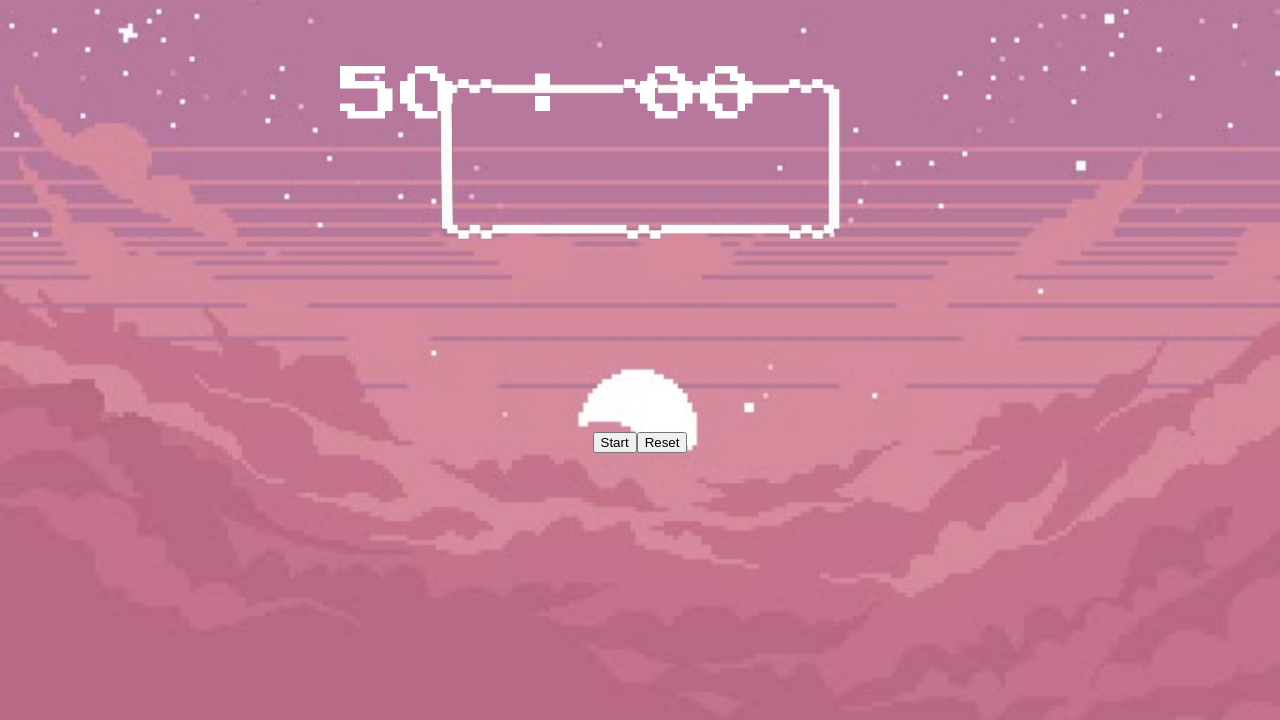
Repository: niharikapatil2306/Study-Timer
Page: index.html
An editor plug-in stored every save of this project. The page is shown before and after a run of saves, followed by the edit.
The browser window is 1280 px wide. The pictures show the whole page.

Above is the page before, as saved 2025-02-15 17:42:49.

### index.html
<!DOCTYPE html>
<html lang="en">
<head>
    <meta charset="UTF-8">
    <meta name="viewport" content="width=device-width, initial-scale=1.0">
    <title>Study Timer</title>
    <link href="https://fonts.googleapis.com/css2?family=Press+Start+2P&display=swap" rel="stylesheet">
    <link rel="stylesheet" href="style.css" />
</head>
<body style="background-color: black;">
    <div class="container">
        <div class="timer">
            <div class="box">
                <span id="min">
                    50
                </span>
                :
                <span id="sec">
                    00
                </span>
            </div>
        </div>
        <div class="button_container">
            <button id="start">
                Start
            </button>
            <button id="reset">
                Reset
            </button>
        </div>
    </div>
    <script src="./clock.js"></script>
</body>
</html>

### style.css
body {
    margin: 0;
    padding: 0;
    background: url("./img/bg.jpeg") no-repeat center center fixed;
    background-size: cover;
}

.container{
    height: 100vh;
}

.box{
    width: 600px;   /* same as your border image width */
    height: 300px;  /* same as your border image height */
    background: url('./img/border1.png') no-repeat center center;
    background-size: 600px 400px;
}

.timer{
    font-family: 'Press Start 2P', monospace;
    height: 60vh;
    font-size: 60px;
    font-weight: 400;
    color: white;
    display: flex;
    align-items: center;
    justify-content: center;
}

.button_container{
    display: flex;
    align-items: center;
    justify-content: center;
}

/* .timer {

    font-size: 50px;
    color: ivory;
    text-rendering: optimizeSpeed;
}

.box{
    width: max-content ;
    border: 1px solid white;
}

span{
    padding: 4px;
    margin: 8px;
}

.container{
    text-align: center;
    width: 100vw;
    height: 100vh;
    display: flex;
    position: relative; */
    /* flex-direction: column;
    justify-content: center;

} */

### clock.js
let timer;
let timeLeft = 50*60 // 50 minutes
const min = document.getElementById("min");
const sec = document.getElementById("sec");
const startBtn = document.getElementById("start");
const resetBtn = document.getElementById("reset");

function updateDisplay(){
    let minutes = Math.floor(timeLeft/60);
    let seconds = timeLeft%60;
    min.textContent = minutes.toString().padStart(2, "0");
    sec.textContent = seconds.toString().padStart(2, "0");
}

startBtn.addEventListener("click", () => {
    if(!timer){
        timer = setInterval(() => {
            if(timeLeft>0){
                timeLeft--;
                updateDisplay();
            }
            else{
                clearInterval(timer);
                timer = null;
                alert("Take a break!!")
            }
        }, 1000);
    }
});

resetBtn.addEventListener("click", () => {
    clearInterval(timer);
    timer = null;
    timeLeft = 50*60;
    updateDisplay();
});

After the next 2 saves:
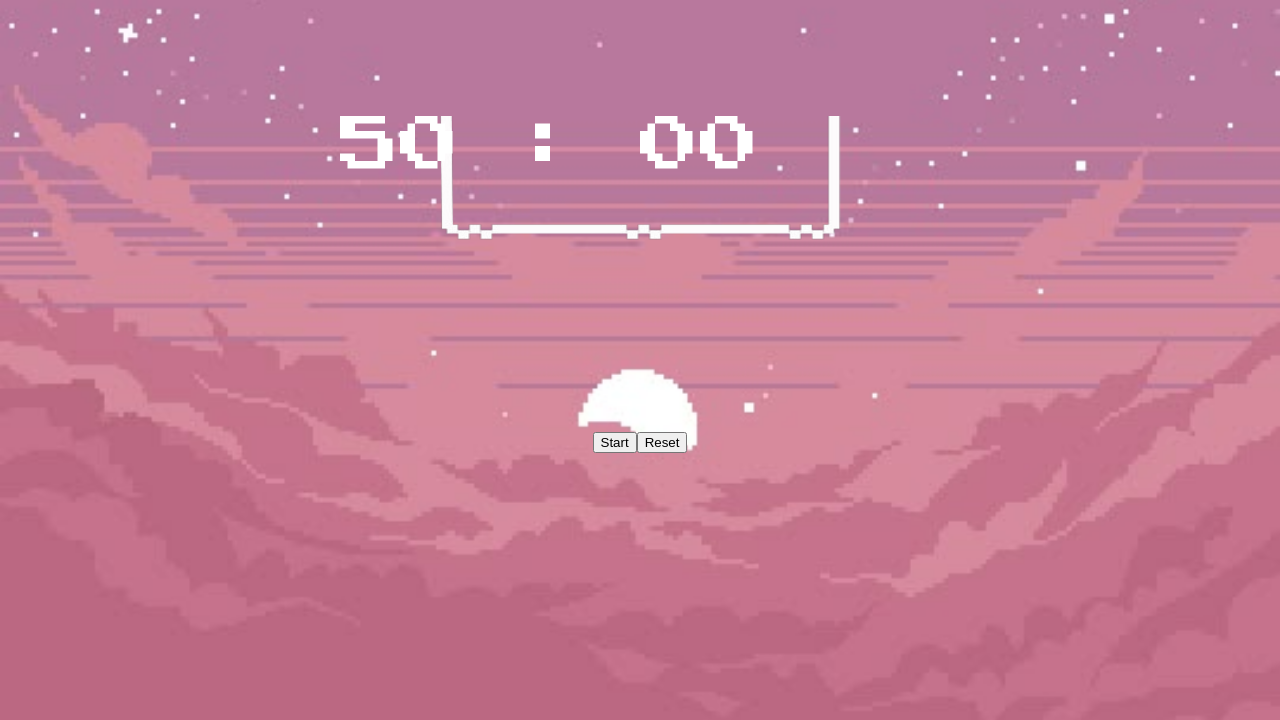
The 2 saves are shown as one change because they came seconds apart.
The last was saved 6 s later.
--- a/style.css
+++ b/style.css
@@ -11,7 +11,7 @@ body {
 
 .box{
     width: 600px;   /* same as your border image width */
-    height: 300px;  /* same as your border image height */
+    height: 200px;  /* same as your border image height */
     background: url('./img/border1.png') no-repeat center center;
     background-size: 600px 400px;
 }
